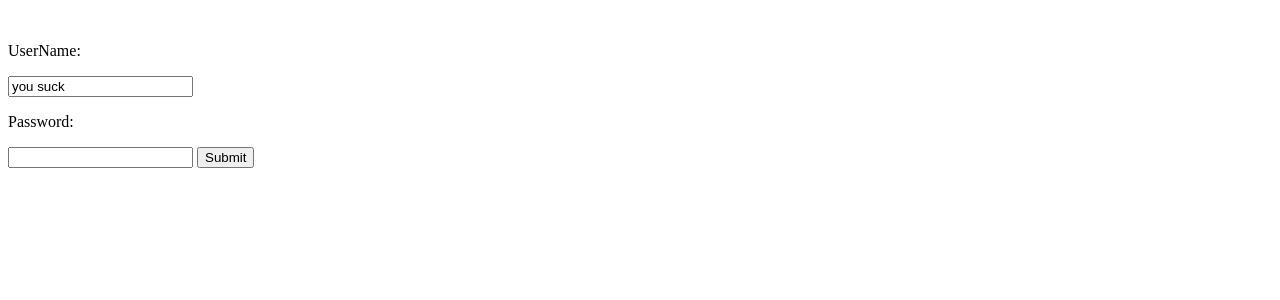
Repository: Hamzamshoaib/us2
Page: http://localhost/te_assignment_2/
The author's editor kept a copy of each file at every save. The page is drawn from the files as they stood at one save, then again after the next save.
The browser window is 1280 px wide. The pictures show the whole page.
The page is served by Tomcat 9. Other server files are loaded and not shown. Queries for data that is not in the repository find no rows.

Above is the page before, as saved 2015-05-08 18:17:52.

### te_assignment_2/WebContent/index.jsp
<%@ page language="java" contentType="text/html; charset=US-ASCII"
    pageEncoding="US-ASCII"%>
<!DOCTYPE html PUBLIC "-//W3C//DTD HTML 4.01 Transitional//EN" "http://www.w3.org/TR/html4/loose.dtd">
<html>
<head>
<meta http-equiv="Content-Type" content="text/html; charset=US-ASCII">
<title>	Daily Auction</title>
</head>
<body>
<FORM NAME="loginform" ACTION="login" METHOD="POST">
${message}
<br>
<p>UserName: </p>
<INPUT type="text" name="username" value="you suck">
<br>
<p>Password: </p>
<INPUT type="password" name="password">
<INPUT TYPE="submit">
</FORM>
</body>
</html>

### te_assignment_2/src/edu/unsw/comp9321/Email.java
package edu.unsw.comp9321;


import java.util.Properties;
import javax.mail.Message;
import javax.mail.MessagingException;
import javax.mail.PasswordAuthentication;
import javax.mail.Session;
import javax.mail.Transport;
import javax.mail.internet.InternetAddress;
import javax.mail.internet.MimeMessage;


public class Email {

	String from;
    final String username = "dailyauctiondeals";
    final String password = "moshe123";
    String host;
    Properties props;
    Session session;

	public Email(){
		from = "dailyauctiondeals@gmail.com";
		host = "smtp.gmail.com";

		props = new Properties();
		props.put("mail.smtp.auth", "true");
		props.put("mail.smtp.starttls.enable", "true");
		props.put("mail.smtp.host", host);
		props.put("mail.smtp.port", "587");

		session = Session.getInstance(props,
	      new javax.mail.Authenticator() {
	         protected PasswordAuthentication getPasswordAuthentication() {
	            return new PasswordAuthentication(username, password);
	         }
		});
	}

	public Boolean sendVerifyEmail(String to, String IDToken){

	      try {
	         // Create a default MimeMessage object.
	         Message message = new MimeMessage(session);

	         // Set From: header field of the header.
	         message.setFrom(new InternetAddress(from));

	         // Set To: header field of the header.
	         message.setRecipients(Message.RecipientType.TO,
	         InternetAddress.parse(to));
	         // Set Subject: header field
	         message.setSubject("Welcome to Daily Auction Deals! Please verify your email.");
	         // Now set the actual message
	         message.setText("Hi!\n\n"
	         		+ "Welcome to Daily Auction Deals! To use your account, please verify your email by clicking this link "
	         		+ "\n\n\thttp://localhost:8080/te_assignment_2/verification?verification_token=" + IDToken
	         		+ "\n\n"
	         		+ "Daily Auction Deals Team :)");

	         // Send message
	         Transport.send(message);

	         System.out.println("Sent message successfully...");

	      } catch (MessagingException e) {
	    	  return false;
	      }

		return true;
	}

	public Boolean newHighBid(int Item_ID){
		UserController uc = new UserController();
		BiddingController bc = new BiddingController();
		String user = bc.winningBidder(Item_ID);
		int highestBid = bc.currentWinningBid(Item_ID);
		String to = uc.getEmail(user);
		String itemName = uc.getItemName(Item_ID);
	      try {
		         // Create a default MimeMessage object.
		         Message message = new MimeMessage(session);

		         // Set From: header field of the header.
		         message.setFrom(new InternetAddress(from));

		         // Set To: header field of the header.
		         message.setRecipients(Message.RecipientType.TO,
		         InternetAddress.parse(to));
		         // Set Subject: header field
		         message.setSubject("Congratulations " + user + "! You have the highest bid at the moment!");
		         // Now set the actual message
		         message.setText("Hi!\n\n"
		         		+ "You have the highest bid for " + itemName + " at $" + highestBid + "."
		         		+ "\n\n"
		         		+ "Daily Auction Deals Team :)");

		         // Send message
		         Transport.send(message);

		         System.out.println("Sent New High Bid Mail successfully...");

	      } catch (MessagingException e) {
	    	  return false;
	      }
	      return true;
	}

	public Boolean sendLostBidEmail(int Item_ID){
		UserController uc = new UserController();
		BiddingController bc = new BiddingController();

		String user = bc.secondHighestBidder(Item_ID);
		if (user == null){
			System.out.println("He was the only bidder");
			return false;
		}

		int highestBid = bc.currentWinningBid(Item_ID);
		String to = uc.getEmail(user);
		String itemName = uc.getItemName(Item_ID);
	      try {
		         // Create a default MimeMessage object.
		         Message message = new MimeMessage(session);

		         // Set From: header field of the header.
		         message.setFrom(new InternetAddress(from));

		         // Set To: header field of the header.
		         message.setRecipients(Message.RecipientType.TO,
		         InternetAddress.parse(to));
		         // Set Subject: header field
		         message.setSubject("Oh no, " + user + "! You've been outbid!");
		         // Now set the actual message
		         message.setText("Hi!\n\n"
		         		+ "Unfortunately you have been outbid for your " + itemName + ".\n\n"
		         		+ "The new highest bid is: $" + highestBid + "."
		         		+ "\n\n"
		         		+ "Daily Auction Deals Team :)");

		         // Send message
			         Transport.send(message);

			         System.out.println("Sent Lost Bid Mail successfully...");

	      } catch (MessagingException e) {
	    	  return false;
	      }
	      return true;
	}

	public Boolean emailWinner(int Item_ID){
		UserController uc = new UserController();
		BiddingController bc = new BiddingController();
		String user = bc.winningBidder(Item_ID);
		int highestBid = bc.currentWinningBid(Item_ID);
		String to = uc.getEmail(user);
		String itemName = uc.getItemName(Item_ID);
	      try {
		         // Create a default MimeMessage object.
		         Message message = new MimeMessage(session);

		         // Set From: header field of the header.
		         message.setFrom(new InternetAddress(from));

		         // Set To: header field of the header.
		         message.setRecipients(Message.RecipientType.TO,
		         InternetAddress.parse(to));
		         // Set Subject: header field
		         message.setSubject("Congratulations " + user + "! You have won an item!");
		         // Now set the actual message
		         message.setText("Hi!\n\n"
		         		+ "You have won a brand new " + itemName + " for $" + highestBid + "! :)"
		         		+ "\n\n"
		         		+ "Daily Auction Deals Team :)");

		         // Send message
		         Transport.send(message);

		         System.out.println("Sent winner email successfully...");

	      } catch (MessagingException e) {
	    	  return false;
	      }
	      return true;
	}

	public Boolean emailOwner(int Item_ID){
		UserController uc = new UserController();
		BiddingController bc = new BiddingController();
		String user = uc.getItemOwner(Item_ID);
		int highestBid = bc.currentWinningBid(Item_ID);
		String to = uc.getEmail(user);
		String itemName = uc.getItemName(Item_ID);
	      try {
		         // Create a default MimeMessage object.
		         Message message = new MimeMessage(session);

		         // Set From: header field of the header.
		         message.setFrom(new InternetAddress(from));

		         // Set To: header field of the header.
		         message.setRecipients(Message.RecipientType.TO,
		         InternetAddress.parse(to));
		         // Set Subject: header field
		         message.setSubject("Congratulations " + user + "! Your item has been sold!");
		         // Now set the actual message
		         message.setText("Hi!\n\n"
		         		+ "You have sold your item " + itemName + " for $" + highestBid + "! :)"
		         		+ "\n\n"
		         		+ "Daily Auction Deals Team :)");

		         // Send message
		         Transport.send(message);

		         System.out.println("Sent owner email successfully...");

	      } catch (MessagingException e) {
	    	  return false;
	      }
	      return true;
	}

	public Boolean lessThanReserved(int Item_ID){
		UserController uc = new UserController();
		BiddingController bc = new BiddingController();
		String user = uc.getItemOwner(Item_ID);
		int highestBid = bc.currentWinningBid(Item_ID);
		String to = uc.getEmail(user);
		String itemName = uc.getItemName(Item_ID);
	      try {
		         // Create a default MimeMessage object.
		         Message message = new MimeMessage(session);

		         // Set From: header field of the header.
		         message.setFrom(new InternetAddress(from));

		         // Set To: header field of the header.
		         message.setRecipients(Message.RecipientType.TO,
		         InternetAddress.parse(to));
		         // Set Subject: header field
		         message.setSubject(user + ", your item has not reached its reserve price");
		         // Now set the actual message
		         message.setText("Hi!\n\n"
		         		+ "Your item, " + itemName + " has an offer of $" + highestBid
		         		+ " which is below your reserve price of $" + bc.getReservePrice(Item_ID) + ".\n\n"
		         		+ "Log into your account to accept or reject this offer."
		         		+ "\n\n"
		         		+ "Daily Auction Deals Team :)");

		         // Send message
		         Transport.send(message);

		         System.out.println("Sent reserved price notification email successfully...");

	      } catch (MessagingException e) {
	    	  return false;
	      }
	      return true;
	}

	public Boolean itemNotSold(int Item_ID){
		UserController uc = new UserController();
		String user = uc.getItemOwner(Item_ID);
		String to = uc.getEmail(user);
		String itemName = uc.getItemName(Item_ID);
	      try {
		         // Create a default MimeMessage object.
		         Message message = new MimeMessage(session);

		         // Set From: header field of the header.
		         message.setFrom(new InternetAddress(from));

		         // Set To: header field of the header.
		         message.setRecipients(Message.RecipientType.TO,
		         InternetAddress.parse(to));
		         // Set Subject: header field
		         message.setSubject(user + ", your item wasn't sold :(");
		         // Now set the actual message
		         message.setText("Hi!\n\n"
		         		+ "Your item, " + itemName + ", has not had any bids and was not sold. :( \n\n"
		         		+ "Log into your account and re-add if you want."
		         		+ "\n\n"
		         		+ "Daily Auction Deals Team :)");

		         // Send message
		         Transport.send(message);

		         System.out.println("Sent item not sold notification email successfully...");

	      } catch (MessagingException e) {
	    	  return false;
	      }
	      return true;
	}

	public void newBidEmails(int Item_ID){
		newHighBid(Item_ID);
		sendLostBidEmail(Item_ID);
	}

	public void endAuctionEmails(int Item_ID){
		emailWinner(Item_ID);
		emailOwner(Item_ID);
	}
}

After the next save:
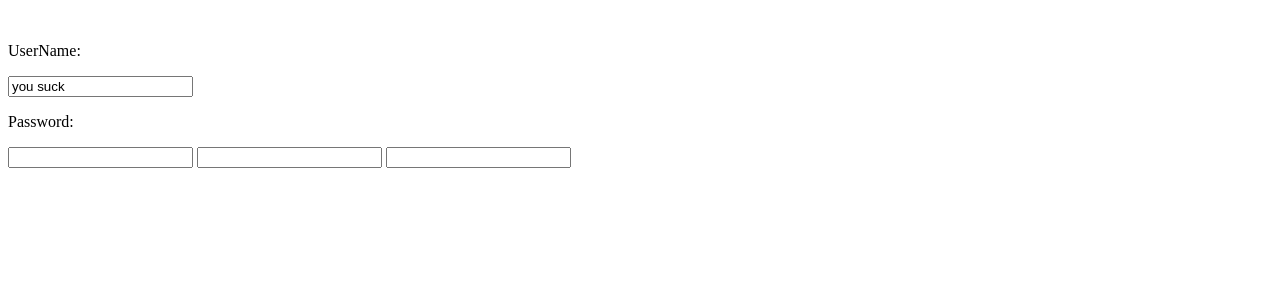
Saved 4 min 5 s later.
--- a/te_assignment_2/WebContent/index.jsp
+++ b/te_assignment_2/WebContent/index.jsp
@@ -15,7 +15,9 @@ ${message}
 <br>
 <p>Password: </p>
 <INPUT type="password" name="password">
-<INPUT TYPE="submit">
+<INPUT TYPE="login">
+<INPUT TYPE="register">
+
 </FORM>
 </body>
 </html>
